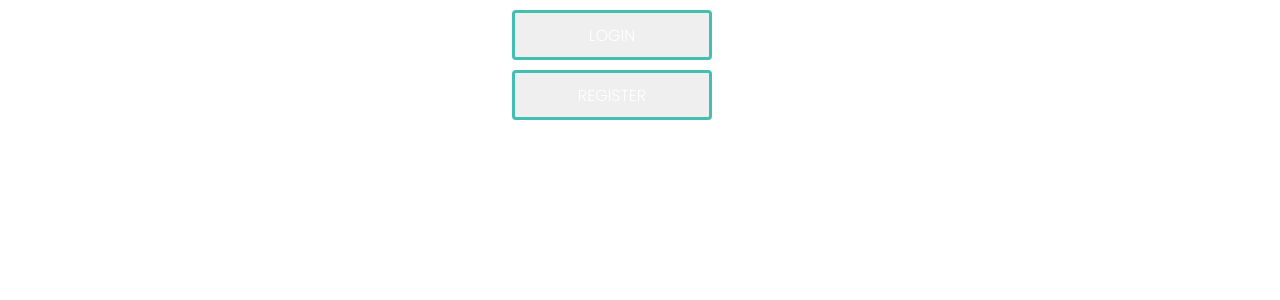
Repository: vu9ar/vu9ar.github.io
Page: WelcomePage/welcome.html
The author's editor kept a copy of each file at every save. The page is drawn from the files as they stood at one save, then again after the next save.
The browser window is 1280 px wide. The pictures show the whole page.

Above is the page before, as saved 2022-03-27 19:18:11.

### WelcomePage/welcome.html
<!DOCTYPE html>
<html>

<head>
    <meta charset="UTF-8">
    <link rel="stylesheet" href="style.css">
    <link rel="preconnect" href="https://fonts.gstatic.com" crossorigin>
    <link href="https://fonts.googleapis.com/css2?family=Poppins:wght@300&display=swap" rel="stylesheet">
    <link href="https://fonts.googleapis.com/css2?family=Poppins:wght@600&display=swap" rel="stylesheet">
    <meta name="viewport" content="width-device-width, initial-scale=1.0">
    <title>TMHL</title>
</head>


<body>

    <div class="intro">
        <h1 class="logo-header">
            <span class="Logo">Mar</span> <span class="Logo">ginal</span>
        </h1>
    </div>

    <form action="../loginRegister/loginForVerified.html">
        <button class="button">LOGIN</button>
    </form>

    <form action="/loginRegister/guestToVerifiedRegister.html">
        <button class="button">REGISTER</button>
    </form>
    <script src="app.js"></script>

</body>


</html>

### WelcomePage/style.css
* {
    margin: 0;
    padding: 0;
    box-sizing: border-box;
    font-family: 'Poppins', sans-serif;
}


/* Splash */

.intro {
    position: fixed;
    z-index: 1;
    left: 0;
    right: 0;
    width: 100%;
    height: 100vh;
    background-color: #161616;
    transition: 1s;
}

.logo-header {
    position: absolute;
    top: 40%;
    left: 50%;
    transform: translate(-50%, -50%);
    color: #ffffff;
}

.Logo {
    position: relative;
    display: inline-block;
    /*left: 0;*/
    bottom: -20px;
    opacity: 0;
}

.Logo.active {
    bottom: 0;
    opacity: 1;
    transition: ease-in-out 0.5s;
}

.Logo.fade {
    bottom: 150px;
    opacity: 0;
    transition: ease-in-out 0.5;
}

.button {
    width: 200px;
    height: 50px;
    left: 40%;
    margin-top: 10px;
    bottom: 50%;
    border: none;
    color: white;
    border-radius: 4px;
    transition: ease-out 0.3s;
    font-size: 1rem;
    outline: none;
    border: 3px solid #42BFB2;
    position: relative;
    z-index: 1;
}

.button:hover {
    color: #ffffff;
    cursor: pointer;
}

.button:before {
    transition: 0.5s all ease;
    position: absolute;
    top: 0;
    left: 50%;
    right: 50%;
    bottom: 0;
    opacity: 0;
    content: "";
    background-color: #42BFB2;
}

.button:hover:before {
    transition: 0.5s all ease;
    left: 0;
    right: 0;
    opacity: 1;
    z-index: -1;
}

### WelcomePage/app.js
let intro = document.querySelector('.intro');
let logo = document.querySelector('.logo-header');
let logoSpan = document.querySelectorAll('.Logo');
let button = document.querySelectorAll('.button');

window.addEventListener('DOMContentLoaded', () => {

    setTimeout(() => {

        logoSpan.forEach((span, idx) => {
            setTimeout(() => {
                span.classList.add('active');
            }, (idx + 1) * 400);
        });

        setTimeout(() => {
            logoSpan.forEach((span, idx) => {

                setTimeout(() => {
                    span.classList.remove('active');
                    span.classList.add('fade');
                }, (idx + 1) * 50);
            })
        }, 2000);


        setTimeout(() => {
            intro.style.top = '-100vh';
        }, 2300);

        button.forEach((span, idx) => {
            setTimeout(() => {
                span.classList.add('hover');
            }, (idx + 1) * 400);
        });

        setTimeout(() => {
            button.forEach((span, idx) => {

                setTimeout(() => {
                    span.classList.remove('active');
                    span.classList.add('fade');
                }, (idx + 1) * 50);
            })
        }, 2000);


        setTimeout(() => {
            intro.style.top = '-100vh';
        }, 2300);

    });
});

After the next save:
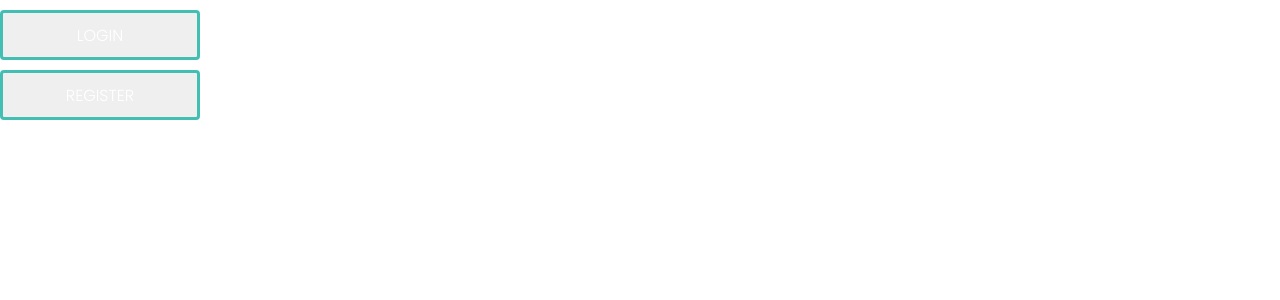
Saved 12 s later.
--- a/WelcomePage/style.css
+++ b/WelcomePage/style.css
@@ -50,7 +50,7 @@
 .button {
     width: 200px;
     height: 50px;
-    left: 40%;
+    left: 306;
     margin-top: 10px;
     bottom: 50%;
     border: none;
